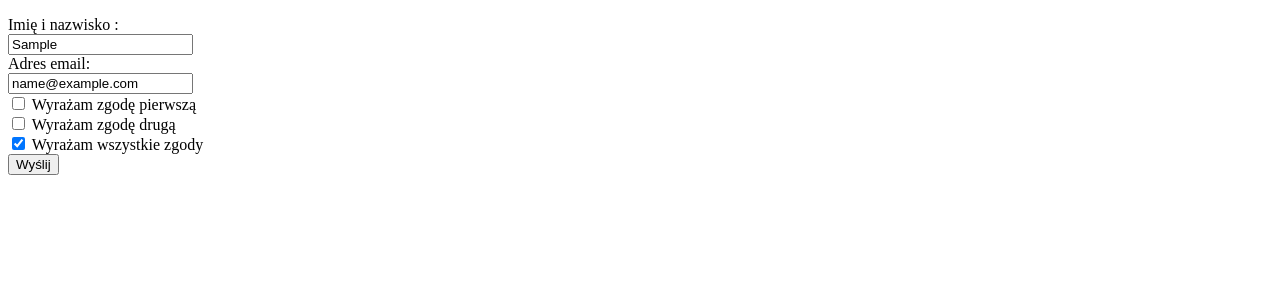
Repository: magdaf41/JavaScript
Page: JS DOM zadanie_5/index.html
The author's editor kept a copy of each file at every save. The page is drawn from the files as they stood at one save, then again after the next save.
The browser window is 1280 px wide. The pictures show the whole page.
Empty fields were first filled with sample values (such as "Sample", 5 or name@example.com).
After loading, the first visible `#allAccept` was changed once.

Above is the page before, as saved 2020-09-06 17:13:00.

After the next save:
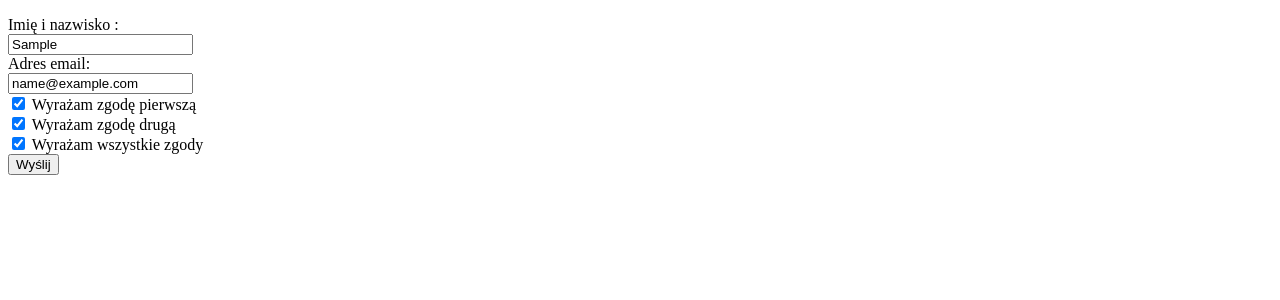
Saved 63 s later.
--- a/JS DOM zadanie_5/js/script.js
+++ b/JS DOM zadanie_5/js/script.js
@@ -11,6 +11,9 @@ const validate = (event) => {
 const allAccept = (event) => {
     let accept1 = document.getElementById('accept_1');
     let accept2 = document.getElementById('accept_2');
+
+    accept1.checked = event.target.checked;
+    accept2.checked = event.target.checked;
     console.log(event.target.checked);
 }
 
